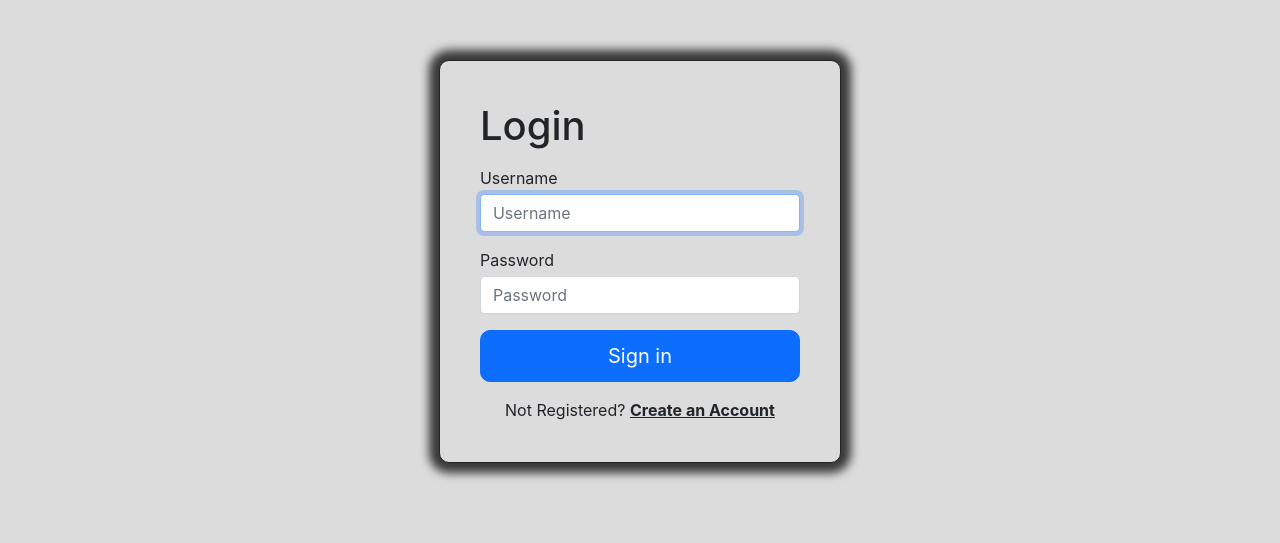
Repository: Rittaki/web-client
Page: /
The author's editor kept a copy of each file at every save. The page is drawn from the files as they stood at one save, then again after the next save.
The browser window is 1280 px wide. The pictures show the whole page.
The project was rebuilt for these pictures with package versions that can differ from the ones it lists, and the page was loaded fresh each time. Also part of the build but not shown: src/App.css, src/components/Signup.js.

Above is the page before, as saved 2022-04-04 22:51:16.

After the next save:
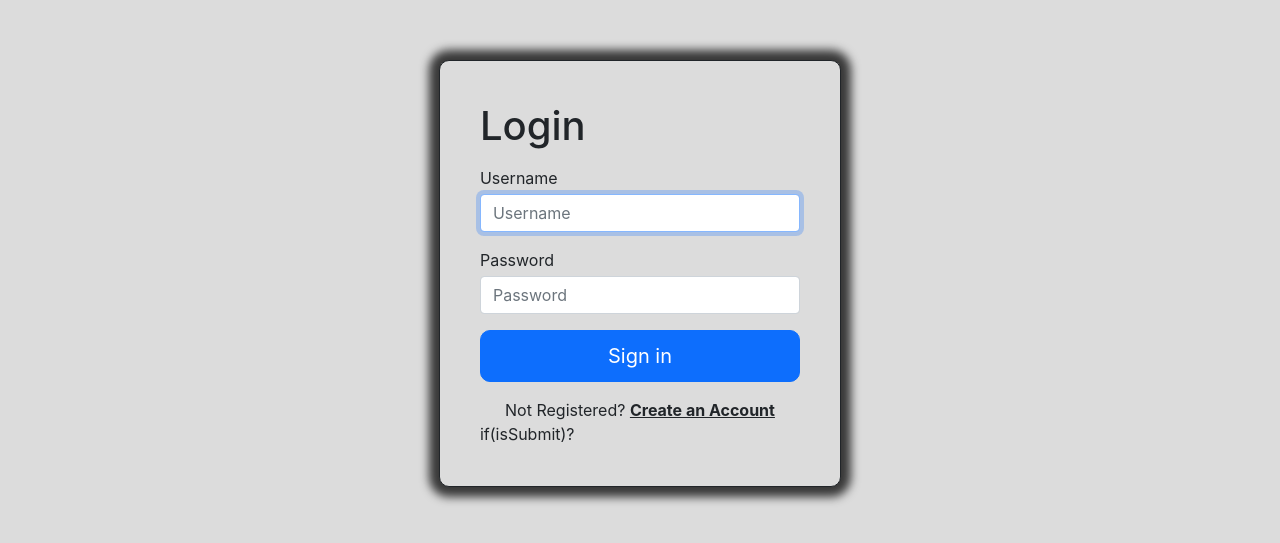
Saved 4 s later.
--- a/src/components/Login.js
+++ b/src/components/Login.js
@@ -33,6 +33,7 @@ const[isSubmit, setIsSubmit] = useState(false);
                             <div className="mt-3 text-center">
                                 Not Registered? <a href="/Signup" className="text-dark fw-bold" > Create an Account</a>
                             </div>
+                            if(isSubmit)?<Users checkName={userName} checkPassword={password}/>
                         </form>
                     </div>
                 </div>
